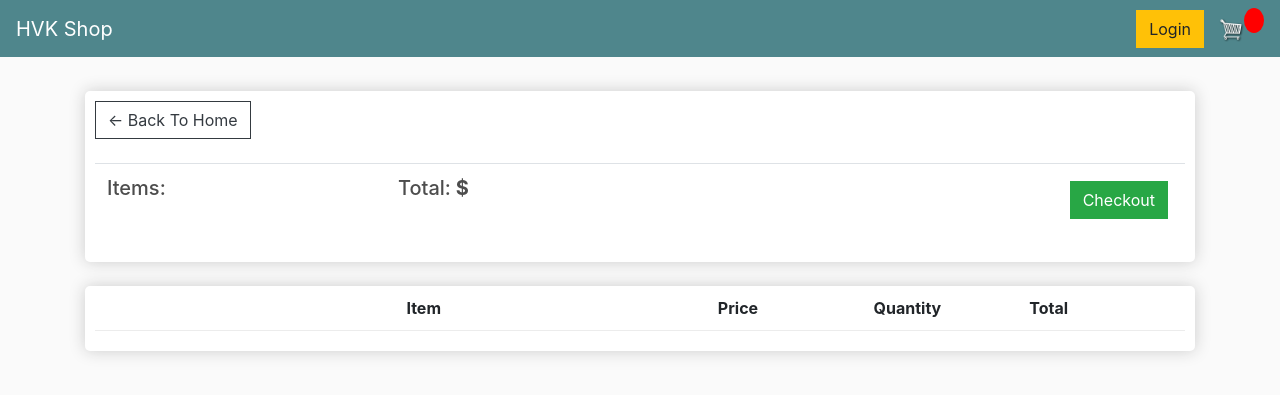
Repository: michaelphandeveloper/Ecommerce-Website-Python
Page: ecommerce/store/templates/store/cart.html
The author's editor kept a copy of each file at every save. The page is drawn from the files as they stood at one save, then again after the next save.
The browser window is 1280 px wide. The pictures show the whole page.
The template is drawn by Django 4.2. The application's start-up code is not run. The template is opened directly, without the code that normally fills it, so the values that code supplies are empty.

Above is the page before, as saved 2022-12-21 20:05:53.

After the next save:
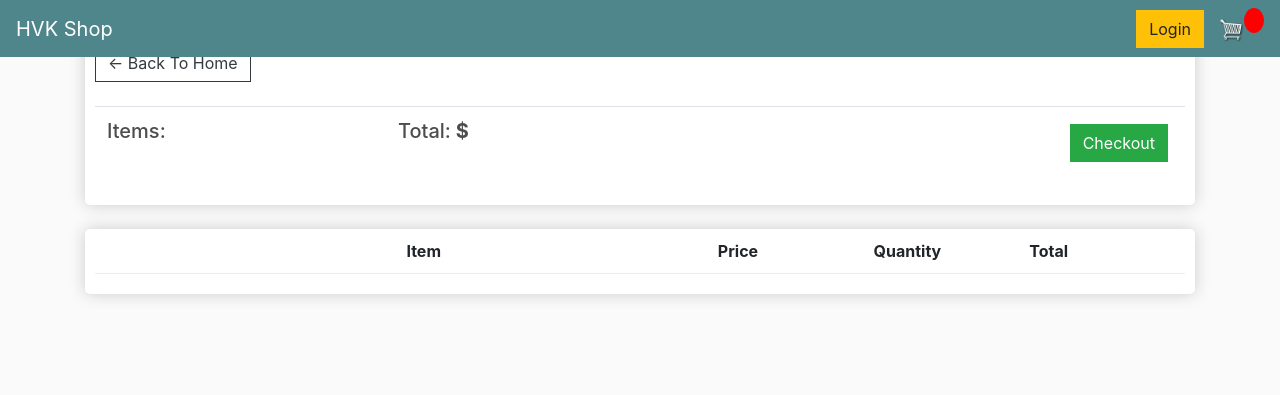
Saved 9 s later.
--- a/ecommerce/store/templates/store/main.html
+++ b/ecommerce/store/templates/store/main.html
@@ -77,7 +77,7 @@
     </script>
   </head>
   <body>
-    <nav class="navbar navbar-expand-lg navbar-dark bg-dark navbar-fixed-top">
+    <nav class="navbar navbar-expand-lg navbar-dark bg-dark fixed-top">
       <a class="navbar-brand" href="{% url 'store' %}">HVK Shop</a>
       <button
         class="navbar-toggler"
